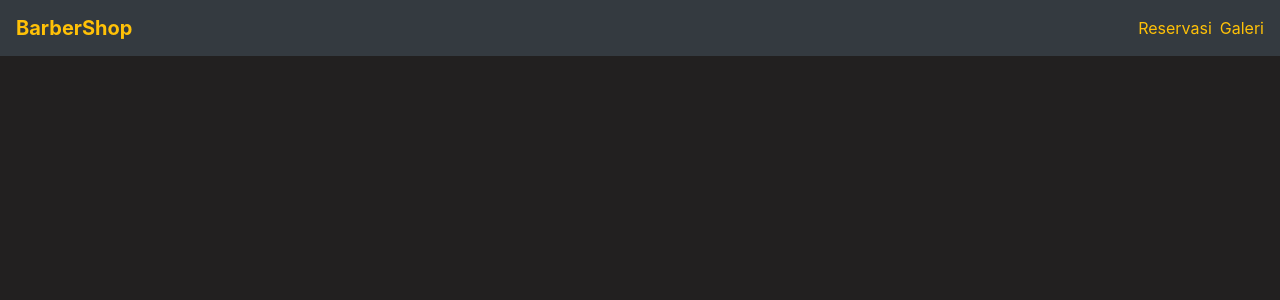
Repository: AHSANS354/Barberhop
Page: /
The author's editor kept a copy of each file at every save. The page is drawn from the files as they stood at one save, then again after the next save.
The browser window is 1280 px wide. The pictures show the whole page.
The project was rebuilt for these pictures with package versions that can differ from the ones it lists, and the page was loaded fresh each time. Also part of the build but not shown: vue.config.js.

Above is the page before, as saved 2023-05-01 19:54:52.

After the next save:
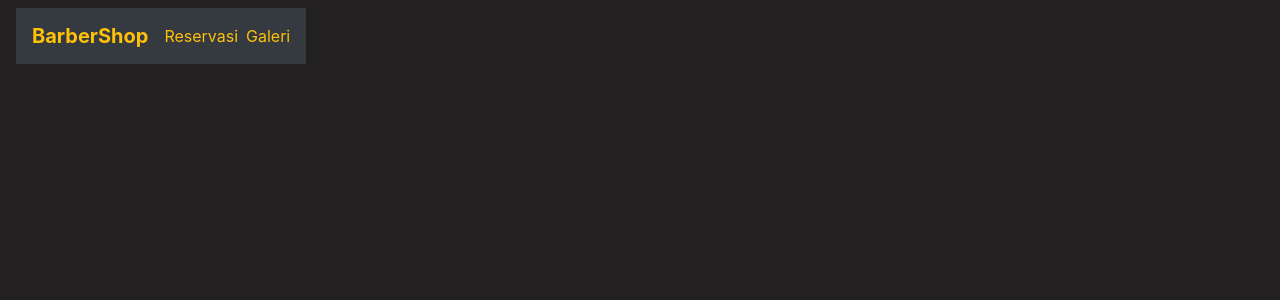
Saved 2 min 21 s later.
--- a/src/components/NavbarView.vue
+++ b/src/components/NavbarView.vue
@@ -1,5 +1,5 @@
 <template>
-  <div class="navbars fixed-top">
+  <div class="navbar fixed-top">
     <b-navbar type="dark" variant="dark">
       <router-link class="navbar-brand text-warning" to="/">
         <strong> BarberShop</strong>
@@ -9,7 +9,7 @@
 
       <b-collapse id="nav-collapse" is-nav>
         <!-- Right aligned nav items -->
-        <b-navbar-nav class="ml-auto">
+        <b-navbar-nav class="ml-auto gap-2">
           <router-link class="nav-item text-warning mr-2" to="/reservasi">
             Reservasi
           </router-link>
